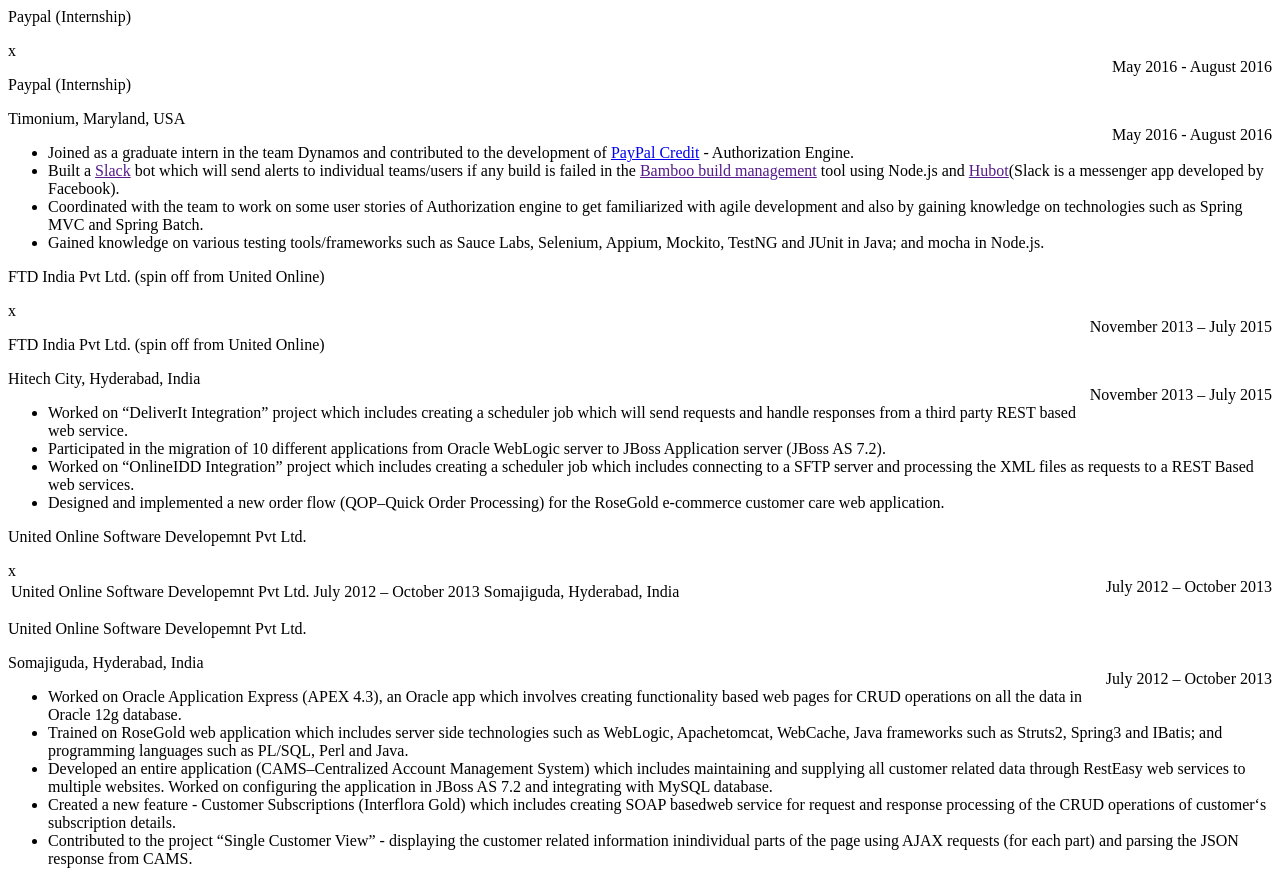
Repository: phanindrakannaji/Resume
Page: http://localhost/application/pages/experience.php
These files come from the project's save history. The page is drawn as it stood at one moment and after the next save; the edit follows.
The browser window is 1280 px wide. The pictures show the whole page.
The page is run by PHP 8.4 with error messages shown; the project is at /var/www/html/.

Above is the page before, as saved 2016-09-25 17:06:40.
Console error: ReferenceError: $ is not defined

After the next save:
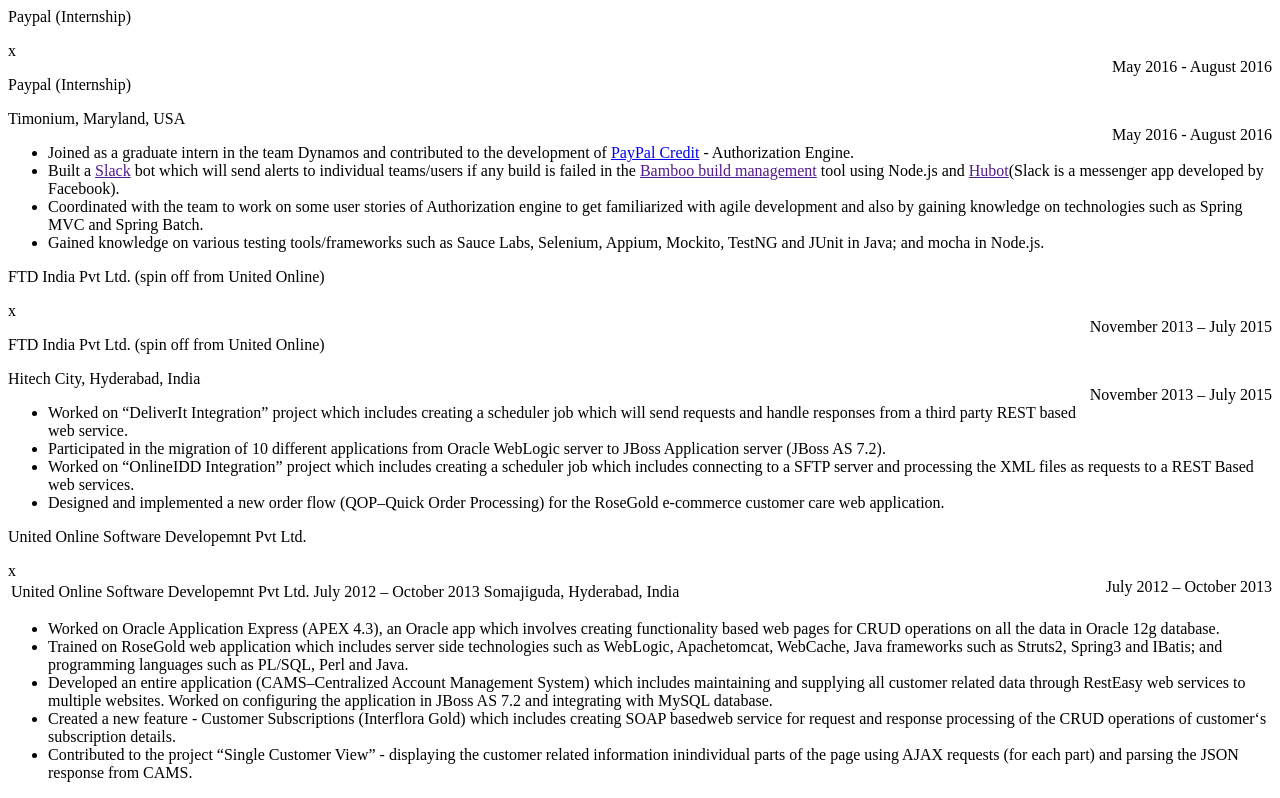
Saved 18 s later.
--- a/Resume/application/pages/experience.php
+++ b/Resume/application/pages/experience.php
@@ -81,18 +81,12 @@
 		<div class="modal-content">
 			<span class="close">x</span>
 			<table>
-			<tr>
-			<td>United Online Software Developemnt Pvt Ltd.</td>
-			<td>July 2012 – October 2013</td>
-			<td>Somajiguda, Hyderabad, India</td>
-			</tr>
+				<tr>
+					<td>United Online Software Developemnt Pvt Ltd.</td>
+					<td>July 2012 – October 2013</td>
+					<td>Somajiguda, Hyderabad, India</td>
+				</tr>
 			</table>
-
-			<p class="expHeading">United Online Software Developemnt Pvt Ltd.</p>
-			<p class="expHeadingContent" style="float: right;">July 2012 –
-				October 2013</p>
-			<p class="expHeadingContent divExperiencelocation ">Somajiguda,
-				Hyderabad, India</p>
 			<ul>
 				<li>Worked on Oracle Application Express (APEX 4.3), an Oracle app
 					which involves creating functionality based web pages for CRUD
